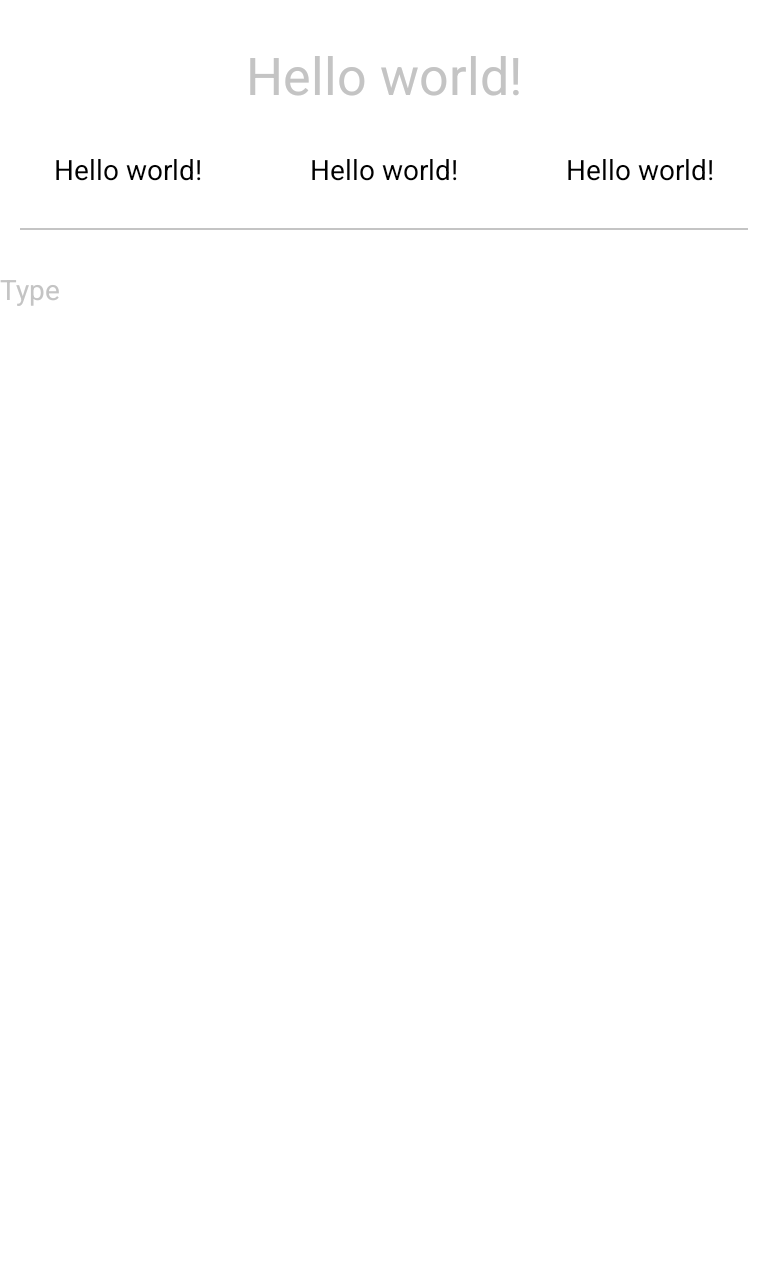
Repository: colincove/IAT381-Android
Layout: ColinCove_Assignment02/res/layout/activity_sensor_info.xml
The author's editor kept a copy of each file at every save. The layout is drawn from the files as they stood at one save, then again after the next save.
It is drawn on a 768 x 1280 px phone screen (xhdpi) without system bars, with theme AppTheme; the app's code is not run.

Above is the layout before, as saved 2013-10-04 19:06:00.

### ColinCove_Assignment02/res/layout/activity_sensor_info.xml
<?xml version="1.0" encoding="utf-8"?>
<TableLayout xmlns:android="http://schemas.android.com/apk/res/android"
    android:id="@id/sensor_display_layout"
    android:layout_width="fill_parent"
    android:layout_height="fill_parent"
    android:orientation="vertical"
    android:shrinkColumns="*"
    android:stretchColumns="*" >

    <TableRow
        android:layout_width="wrap_content"
        android:layout_height="wrap_content" >

        <TextView
            android:layout_width="wrap_content"
            android:layout_height="wrap_content"
            android:layout_marginBottom="20dip"
            android:layout_marginTop="20dip"
            android:layout_span="3"
            android:gravity="center"
            android:text="@string/hello_world"
            android:textColor="@color/low_contrast"
            android:textSize="26sp" />
    </TableRow>

    <TableRow
        android:layout_width="fill_parent"
        android:layout_height="wrap_content" >

        <TextView
            android:layout_width="wrap_content"
            android:layout_height="wrap_content"
            android:layout_span="1"
            android:gravity="center"
            android:text="@string/hello_world"
            android:textColor="@color/heigh_contrast" />

        <TextView
            android:layout_width="wrap_content"
            android:layout_height="wrap_content"
            android:layout_span="1"
            android:gravity="center"
            android:text="@string/hello_world"
            android:textColor="@color/heigh_contrast" />

        <TextView
            android:layout_width="wrap_content"
            android:layout_height="wrap_content"
            android:layout_span="1"
            android:gravity="center"
            android:text="@string/hello_world"
            android:textColor="@color/heigh_contrast" />
    </TableRow>

    <View
        android:layout_height="1dip"
        android:layout_marginBottom="20dip"
        android:layout_marginLeft="10dip"
        android:layout_marginRight="10dip"
        android:layout_marginTop="20dip"
        android:background="@color/low_contrast" />

     <TableRow
        android:layout_width="fill_parent"
        android:layout_height="wrap_content" >

        <TextView
            android:layout_width="wrap_content"
            android:layout_height="wrap_content"
            android:layout_span="1"
            android:gravity="left"
            android:text="@string/type_title"
            android:textColor="@color/low_contrast" />

        <TextView
            android:layout_width="wrap_content"
            android:layout_height="wrap_content"
            android:layout_span="2"
            android:gravity="left"
            android:id="@id/type_display"
            android:textColor="@color/heigh_contrast" />

    </TableRow>

</TableLayout>

### ColinCove_Assignment02/res/values/strings.xml
<?xml version="1.0" encoding="utf-8"?>
<resources>

    <string name="app_name">ColinCove_Assignment02</string>
    <string name="action_settings">Settings</string>
    <string name="hello_world">Hello world!</string>
    <string name="test_btn">My Test Button</string>
    <!-- Sensor Info Titles -->
    <string name="resolution_title">Sensor Resolution</string>
    <string name="max_range_title">Max Range</string>
    <string name="min_delay_title">Min Range</string>
    <string name="power_title">Power</string>
<string name="type_title">Type</string>
<string name="vendor_title">Vendor</string>
<string name="version_title">Version</string>
</resources>

### ColinCove_Assignment02/res/values/colors.xml
<?xml version="1.0" encoding="utf-8"?>
<resources>
    <color name="low_contrast" >#c4c4c4</color>
    <color name="heigh_contrast" >#000000</color>
</resources>

Loaded but not shown: ColinCove_Assignment02/res/values/styles.xml (common file); ColinCove_Assignment02/res/values-v11/styles.xml (common file); ColinCove_Assignment02/res/values-v14/styles.xml (common file)

After the next save:
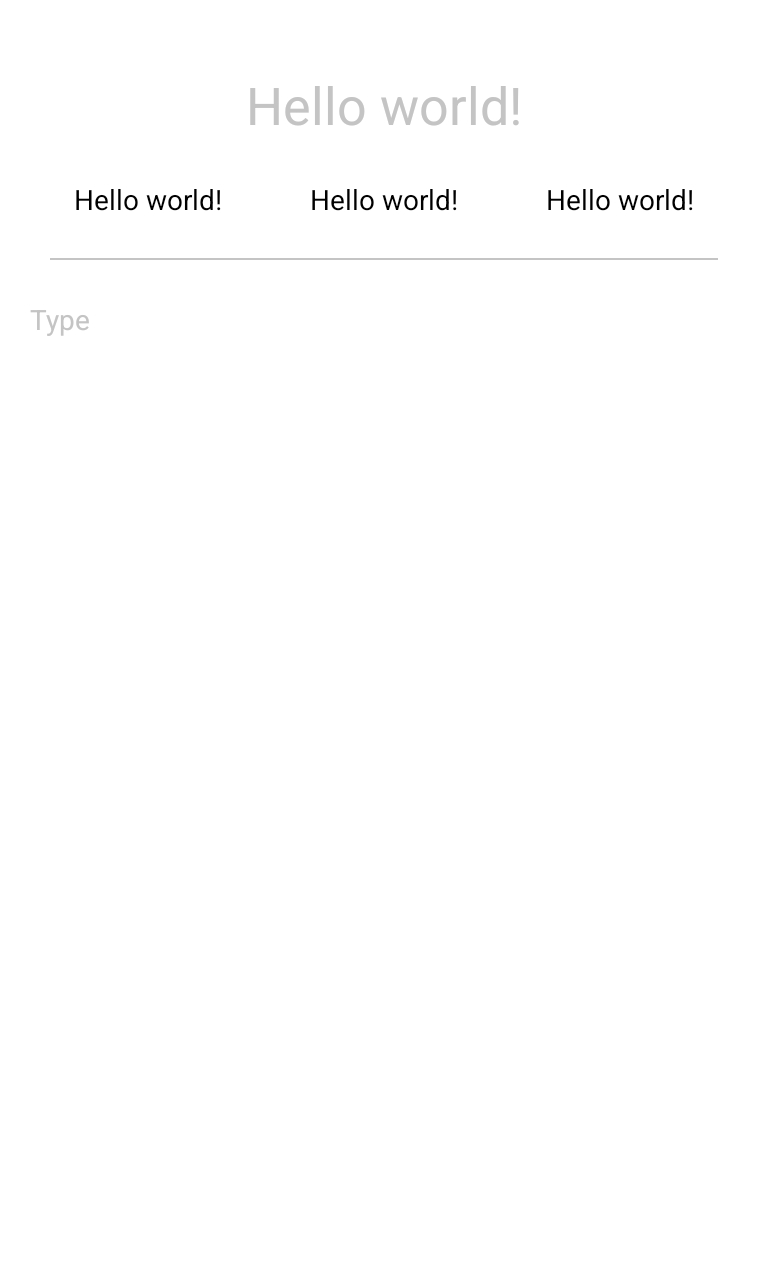
Saved 74 s later.
--- a/ColinCove_Assignment02/res/layout/activity_sensor_info.xml
+++ b/ColinCove_Assignment02/res/layout/activity_sensor_info.xml
@@ -5,7 +5,8 @@
     android:layout_height="fill_parent"
     android:orientation="vertical"
     android:shrinkColumns="*"
-    android:stretchColumns="*" >
+    android:stretchColumns="*"
+    android:padding="15dip">
 
     <TableRow
         android:layout_width="wrap_content"
